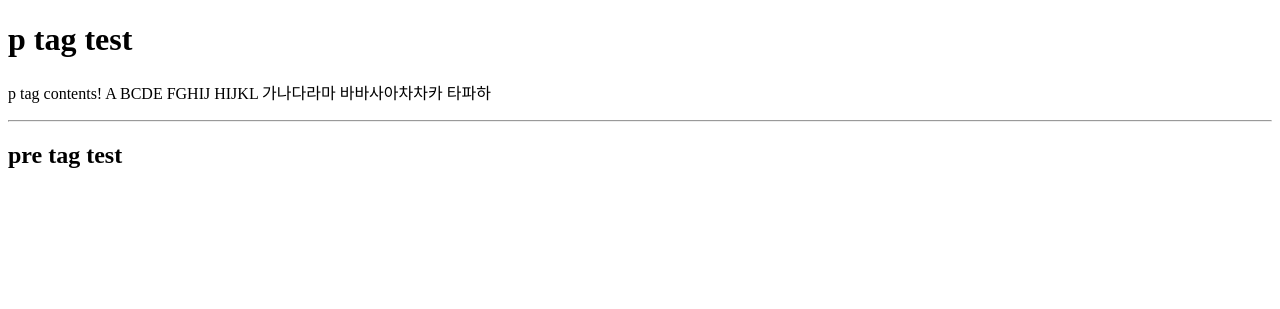
Repository: jihoonys82/weblec
Page: Front/WebContent/Ex01_HTML_tag/tagEx_02.html
The author's editor kept a copy of each file at every save. The page is drawn from the files as they stood at one save, then again after the next save.
The browser window is 1280 px wide. The pictures show the whole page.

Above is the page before, as saved 2018-07-23 09:58:47.

### Front/WebContent/Ex01_HTML_tag/tagEx_02.html
<!DOCTYPE html>
<html>
<head>
<meta charset="UTF-8">
<title>Insert title here</title>
</head>
<body>

<div>
<!-- 글자 관련 테그 -->
<!-- 제목 tag <hn>, <hx> -->
<!-- <h1> ~ <h6> -->
<h1> p tag test</h1>
<p>
p tag contents!
A			BCDE
FGHIJ		HIJKL
가나다라마
바바사아차차카
타파하
</p>

<hr> <!-- horizontal line -->

<h2> pre tag test</h2>

</div>

</body>
</html>

After the next save:
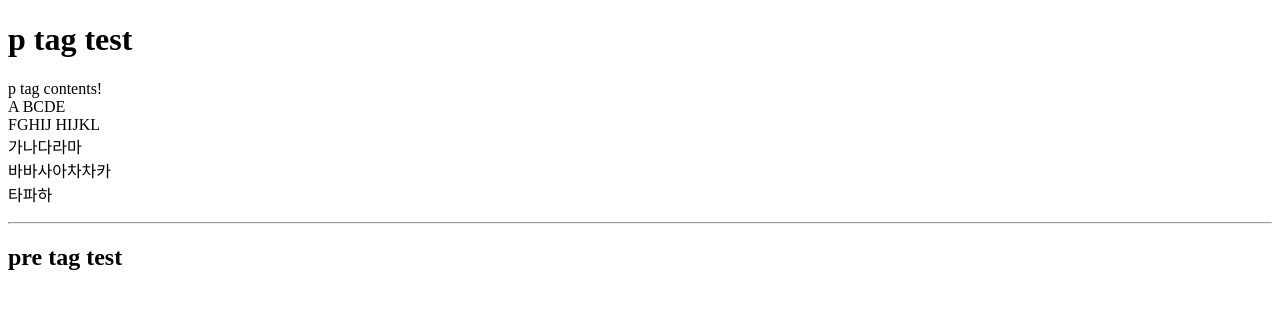
Saved 36 s later.
--- a/Front/WebContent/Ex01_HTML_tag/tagEx_02.html
+++ b/Front/WebContent/Ex01_HTML_tag/tagEx_02.html
@@ -12,11 +12,11 @@
 <!-- <h1> ~ <h6> -->
 <h1> p tag test</h1>
 <p>
-p tag contents!
-A			BCDE
-FGHIJ		HIJKL
-가나다라마
-바바사아차차카
+p tag contents!<br>
+A			BCDE<br>
+FGHIJ		HIJKL<br>
+가나다라마<br>
+바바사아차차카<br>
 타파하
 </p>
 
